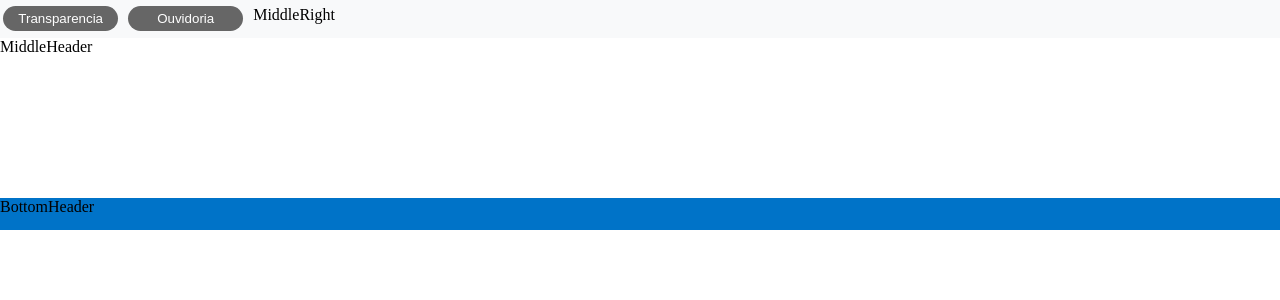
Repository: YuriSarmanho/prodepaSite
Page: / (app in prodepa-site/)
An editor plug-in stored every save of this project. The page is shown before and after the next save, followed by the edit.
The browser window is 1280 px wide. The pictures show the whole page.
The project was rebuilt for these pictures with package versions that can differ from the ones it lists, and the page was loaded fresh each time. Also part of the build but not shown: prodepa-site/src/App.css.

Above is the page before, as saved 2022-12-19 16:19:26.

After the next save:
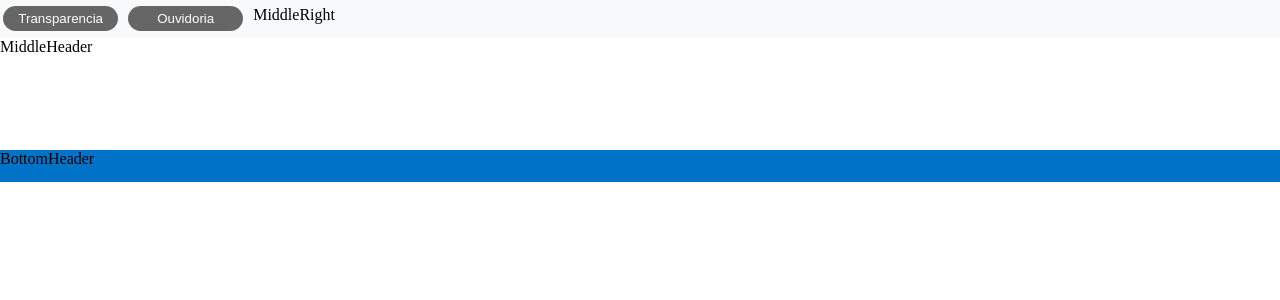
Saved 7 s later.
--- a/prodepa-site/src/sections/Header/MiddleHeader/index.css
+++ b/prodepa-site/src/sections/Header/MiddleHeader/index.css
@@ -1,3 +1,3 @@
 .middleHeaderContainer {
-    height: 10rem;
+    height: 7rem;
 }
